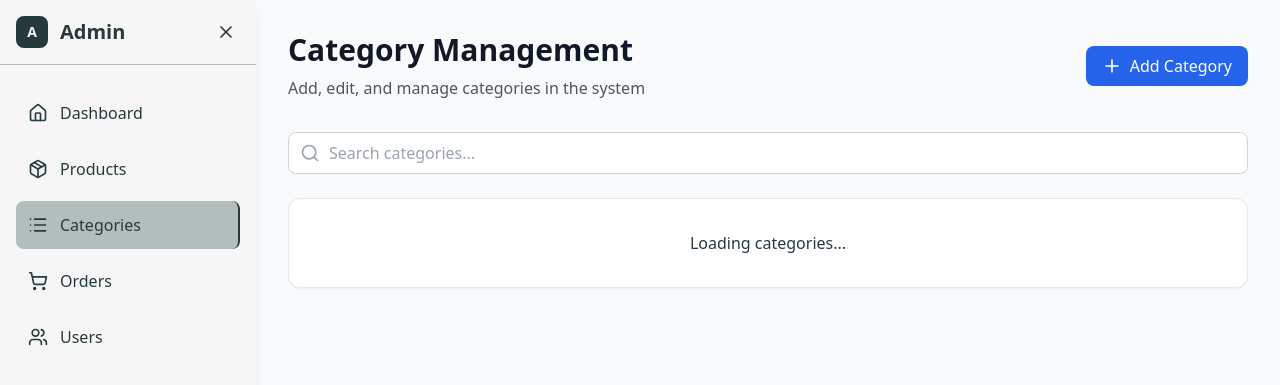
Repository: Tlyl1111/homz-admin
Page: /categories
An editor plug-in stored every save of this project. The page is shown before and after the next save, followed by the edit.
The browser window is 1280 px wide. The pictures show the whole page.
The page's requests for data from a server got no answer. The project was rebuilt for these pictures with package versions that can differ from the ones it lists, and the page was loaded fresh each time. No one was signed in, and anything a server would have sent is missing. Also part of the build but not shown: vite.config.ts, src/components/ui/tooltip.tsx, src/components/DashboardStats.tsx, src/components/SalesChart.tsx, src/components/RecentOrders.tsx, src/pages/Index.tsx, src/components/ProductTable.tsx, src/components/ProductForm.tsx and 11 more.

Above is the page before, as saved 2025-06-11 13:30:20.

After the next save:
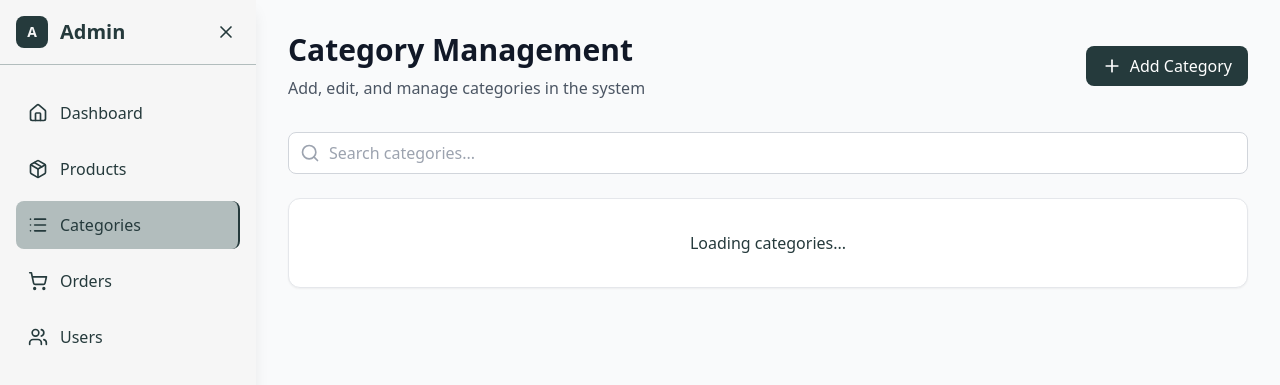
Saved 13 s later.
--- a/src/pages/Categories.tsx
+++ b/src/pages/Categories.tsx
@@ -34,7 +34,7 @@ const Categories = () => {
             </div>
             <button
               onClick={handleCreate}
-              className="bg-blue-600 hover:bg-primary text-white px-4 py-2 rounded-lg flex items-center gap-2 transition-colors"
+              className="bg-primary hover:bg-primary text-white px-4 py-2 rounded-lg flex items-center gap-2 transition-colors"
             >
               <Plus size={20} />
               Add Category
